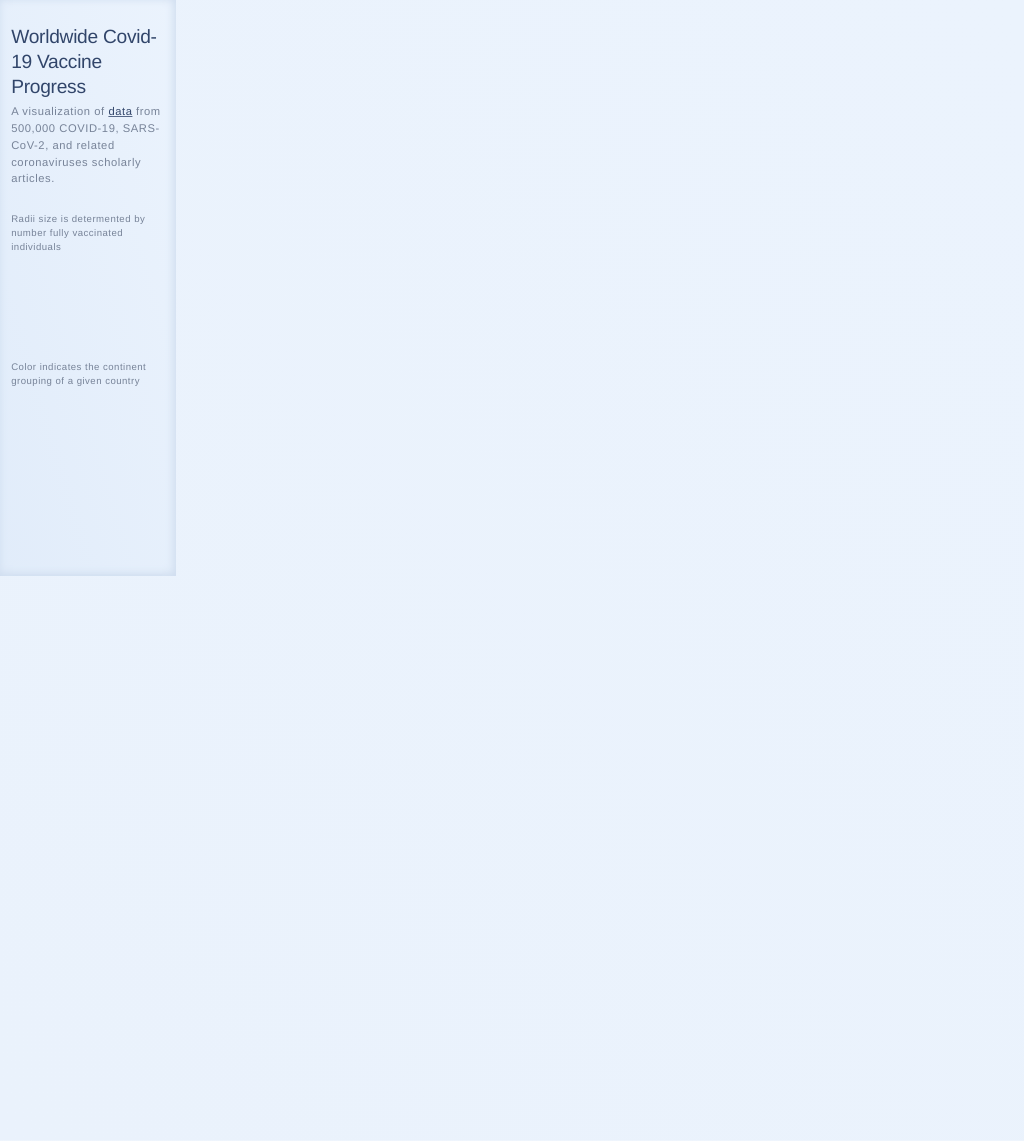
Repository: laurenharpole/May-Vaccine-Progress-Vis
Page: index.html
The author's editor kept a copy of each file at every save. The page is drawn from the files as they stood at one save, then again after the next save.
The browser window is 1280 px wide. The pictures show the whole page, at 80% of full size.
The page's requests for data from a server got no answer.

Above is the page before, as saved 2021-10-07 21:36:26.

### index.html
<!DOCTYPE html>
<html lang="en" dir="ltr">

  <head>

    <meta charset="utf-8">
    <script src="http://d3js.org/d3.v6.min.js" charset="utf-8"></script>
    <title>Project 1 Vaccine Visualization</title>
    <style>
      /* NOTE: CSS Styling Goes here */
       svg{

        margin: 0;
        margin-left: 100px;
      }

      /* body background coloration */
      body {
        background-image: linear-gradient(to left bottom, #ebf3fd, #eaf2fc);
        margin: 0;
      }
      /* side navigation background coloration */
      .col-dash {
        background-image: linear-gradient(to left bottom, #ebf3fd, #e1ecfa);
        /* backgruond-color: #ebf3fe; */
        box-shadow: inset -2px -2px 10px 1px  #cedcee;
        flex-direction: column;
        height: 100vh;
        width: 220px;
        position: fixed;
        margin-left: 0px;
        margin-top: 0px;
        overflow: scroll;
      }
      .circle {
        filter:
        drop-shadow( 1px 1px 2px rgb(0,0,0,0.3));
        border: 31px solid transparent;
      }
      /* side dash header text */
      h1.dash-head{
        font-size: 24px;
        margin-left: 14px;
        margin-right: 8px;
        color: rgb(49,69,106,1.0);
        transform: none;
        white-space: normal;
        text-transform: none;
        text-align: left;
        white-space: normal;
        font-family: "Product Sans",Helvetica,Arial,sans-serif;
        letter-spacing: -.015em;
        line-height: 1.3;
        font-weight: 500;
        margin-top: 30px;
        margin-bottom: 20px;
      }
      /* side dash description text */
      p.dash-desc-p-head{
        font-size: 14px;
        margin-left: 14px;
        margin-right: 8px;
        font-family: "Product Sans",Helvetica,Arial,sans-serif;
        font-weight: 300;
        line-height: 1.5;
        letter-spacing: 0.05em;
        color: #778398;
        margin-top: -15px;

      }
      /* side dash description text */
      p.dash-desc-p{
        font-size: 12px;
        margin-left: 14px;
        margin-right: 8px;
        font-family: "Product Sans",Helvetica,Arial,sans-serif;
        font-weight: 300;
        line-height: 1.5;
        letter-spacing: 0.05em;
        color: #778398;
        margin-top: 30px;
      }
      /* first legend */
      #legend {
        margin-left: -82px;
        margin-top: -10px;
        margin-bottom: -20px;
      }
      /* second legend */
      #legend2 {
        margin-left: -82px;
        margin-top: -6px;
      }
      text {
        text-transform: none;
        text-align: right;
        font-family: "Product Sans",Helvetica,Arial,sans-serif;
        letter-spacing: 0.2em;
        text-transform: uppercase;
        font-size: 10px;
        font-weight: 600;
        width: 180px;
      }

      .tool-dots {
        white-space: normal;
        text-transform: none;
        text-align: left;
        white-space: normal;
        font-family: "Product Sans",Helvetica,Arial,sans-serif;
        letter-spacing: 0.2em;
        text-transform: uppercase;
        font-size: 60px;
        line-height: 1.25;
        font-weight: 600;
        background-color: #ebf3fd;
        padding-right: -5px;
        box-shadow: 5px 5px 16px rgb(0,0,0,0.13),
        -3px -3px 16px rgb(0,0,0,0.13);
        border-radius: 5px;
        padding-left:5px;
      }

      .tool-country {
        white-space: normal;
        text-transform: none;
        text-align: left;
        white-space: normal;
        font-family: "Product Sans",Helvetica,Arial,sans-serif;
        letter-spacing: 0.2em;
        text-transform: uppercase;
        font-size: 10px;
        color: #778398;
        line-height: 1;
        padding-left:27px;
        font-weight: 600;
      }

      .tool-info {
        font-size: 12px;
        margin-left: 14px;
        margin-right: 8px;
        font-family: "Product Sans",Helvetica,Arial,sans-serif;
        font-weight: 300;
        line-height: 1.5;
        letter-spacing: 0.05em;
        color: #778398;
        margin-top: 30px;
        display: block;
        background: none;
        box-shadow: inset 3px 3px 3px hsl(210, 8%, 85%),
        inset -3px -3px 3px rgb(255,255,255,0.6);
        border-radius: 5px;
        opacity: 0.9;
      }

     a.link{
      color: rgb(49,69,106,1.0);
      font-weight: 500;;
     }


    </style>
    <script src="https://d3js.org/d3.v6.min.js"></script>
  </head>

  <body>
  <div class="col-dash">

    <h1 class="dash-head"> Worldwide Covid-19 Vaccine Progress</h1>
    <!-- <h1 class="dash-desc"> Description</h1>
    <p class="dash-desc-p"> Color per continent stuff Color per continent stuff Color per continent stuff</p> -->
    <p class="dash-desc-p-head">  A visualization of <a class="link" href="https://github.com/owid">data</a> from
    500,000 COVID-19, SARS-CoV-2, and related coronaviruses scholarly articles.</p>
    <p class="dash-desc-p"> Radii size is determented by number fully vaccinated individuals</p>
    <div id="legend"></div>
    <p class="dash-desc-p"> Color indicates the continent grouping of a given country</p>
    <div id="legend2"></div>
  </div>
<div id="body">
<text id="label" ></text>
</div>
    <!-- NOTE: Setup HTML -->
    <div class="tooltip">
            <img alt="" />
            <div>
                <a></a>
                <span></span>
            </div>
        </div>
    <script>
// ################ Setup ################
//make responsive
const height = 500;
const width = 500;
d3.select("#label").raise();
canvas = d3.select("#body").append("svg").attr("id", "bubbleid").attr("viewBox", `-50 20 ${width} ${height}`).append('g').attr('transform', 'translate(' + width / 2 + ',' + height / 2 + ')');
//sizeLeg = d3.select("#sizeleg").append("svg");
//.attr("viewBox", `-30 50 ${width} ${height}`).append('g').attr('transform', 'translate(' + width / 2 + ',' + height / 2 + ')');
sizeLeg = d3.select("#legend").append("svg").attr("width", 300).attr("height", 115).attr("id", "legendid");
colLeg = d3.select("#legend2").append("svg").attr("width", 300).attr("height", 250).attr("id", "legendid");
tool = d3.select("#label").append("svg").attr("width", 300).attr("height", 220).attr("id", "legendid");
// ############ Begin Promise ############
//Start of code
//https://raw.githubusercontent.com/owid/covid-19-data/master/public/data/vaccinations/vaccinations.csv
d3.csv("https://raw.githubusercontent.com/owid/covid-19-data/master/public/data/owid-covid-data.csv").then((dataraw) => {
  var maxRadius = height*0.06;
  var padding = 1.5;
  var clusterPadding = 5;
  var today = new Date();
  var dd = String(today.getDate()).padStart(2, '0')-1;
  var mm = String(today.getMonth() + 1).padStart(2, '0'); //January is 0!
  var yyyy = today.getFullYear();
  console.log(mm);
  today = String(yyyy + "-" + mm +  "-" + dd);



  var data = dataraw.filter(function(d)
  {
    //
    //2021-10
    // if(String(d["date"]) == today){

    //   console.log("yes")
   // console.log(String(d["date"]).includes(mm));
    // }
     if(String(d["date"]).includes(mm) && String(d["date"]).includes(dd)){
     // console.log(d["date"])
  //  console.log(today);
    //   console.log(d["date"]);
    // }
    if(d["location"] != ""|| d["location"] != d["continent"]){
    //d["location"] != "European Union"  || d["location"] != "Europe" || d["location"] != "North America" || d["location"] != "South America" || d["location"] != "Oceania" || d["location"] != "World"){

        return d;
      }
      if(d["continent"] != "" || d["continent"] != NULL){

        return d;
      }
      if(d["people_fully_vaccinated"] == ""){
      //  d["people_fully_vaccinated"] = "45";
        return d;
      }
      if(d["total_cases"] == ""){

        return d["total_cases"] += "N/A";
      }

    console.log(d["total_cases"]);
     }
  });
  //console.log(data);
  clusters = new Array(6);
  //a radius scale to balence the sizes of the bubbles
  let radScale = d3.scaleLinear().domain(d3.extent(data, function(d) { return +d.people_fully_vaccinated;} )).range([4, maxRadius]);
  let gradientScale = d3.scaleOrdinal().range([ "#ffcb8e","#ff87a6", "#00b31b", "#cf0270", "#ff884a", "#67a2fa"])
  //make all the nodes for this bubble chart
  let nodes = [...new Set(data.map((d) => {
    // scale radius to fit on the screen
  let scaledRadius  = radScale(+d.people_vaccinated),
        forcedCluster = d.continent;
    // add cluster id and radius to array
    d = {
      cluster     : forcedCluster, //group by continent
      r           : scaledRadius, //radius is made via scaledRadius
      name       : d.location,
      continent   : d.continent,
      vacc   : d.people_vaccinated,
      full_vacc   : d.people_fully_vaccinated,
      cases   : d.total_cases,
      color   : gradientScale
    };
    // add to clusters array if it doesn't exist or the radius is larger than another radius in the cluster
    if (!clusters[forcedCluster] || (scaledRadius > clusters[forcedCluster].r) ) clusters[forcedCluster] = d;
    console.log(d);
    return d;
  }))];
//console.log(nodes);
  let rad = {};
  rad[0] = d3.mean(nodes, function(d) { return (+d.r)} );
  rad[1] = d3.max(nodes, function(d) { return (+d.r)} )/2;
  rad[2] = d3.max(nodes, function(d) { return (+d.r)} );
  let vacc = {};
  vacc[0] = d3.min(nodes, function(d) { return (Number(+d.vacc))} );
  vacc[1] = d3.max(nodes, function(d) { return Number(+d.vacc)/2} );
  vacc[2] = d3.max(nodes, function(d) { return (Number(+d.vacc))} );
 let radScal = d3.scaleLinear().domain(rad).range([0, 10]);
  for(var i = 2; i >= 0; i--){
    sizeLeg.append('circle')
    .attr('cx', 55)
    .attr('cy', 113- 1*rad[i])
    .attr('r', Number(rad[i])*1)
    .attr('stroke', '#828fa6')
    .style("class", "circles")
    .attr("stroke-dasharray",'1.28px')
    .attr('fill', 'none');
    sizeLeg.append('text')
    .attr('x', 100)
    .attr('y', 118- 2.1*rad[i])
    .attr("fill", "rgb(66,92,140,1.0)")
    .text(d3.format(',')(Number(vacc[i])));
    sizeLeg.append('line')
    .attr('x1', 53)
    .attr('x2', 98)
    .attr('y1', 115- 2.05*rad[i])
    .attr('y2', 115- 2.05*rad[i])
    .attr('stroke', "#8997b0")
    .attr("stroke-width", "0.5px");
  }
  // console.log(rad);
        // Define the gradient
        var gradientb = canvas.append("svg:defs")
            .append("canvas:linearGradient")
            .attr("id", "gradientb")
            .attr("x1", "0%")
            .attr("y1", "0%")
            .attr("x2", "100%")
            .attr("y2", "100%")
            .attr("spreadMethod", "pad");
        // Define the gradient colors
        gradientb.append("canvas:stop")
            .attr("offset", "0%")
            .attr("stop-color", "#67a2fa")
            .attr("stop-opacity", 1);
        gradientb.append("canvas:stop")
            .attr("offset", "100%")
            .attr("stop-color", "#69c9fb")
            .attr("stop-opacity", 1);
        // Define the gradient
        var gradiento = canvas.append("canvas:defs")
            .append("canvas:linearGradient")
            .attr("id", "gradiento")
            .attr("x1", "0%")
            .attr("y1", "0%")
            .attr("x2", "100%")
            .attr("y2", "100%")
            .attr("spreadMethod", "pad");
        // Define the gradient colors
        gradiento.append("canvas:stop")
            .attr("offset", "0%")
            .attr("stop-color", "#ff884a")
            .attr("stop-opacity", 1);
        gradiento.append("canvas:stop")
            .attr("offset", "100%")
            .attr("stop-color", "#ffac56")
            .attr("stop-opacity", 1);
        // Define the gradient
        var gradientp = canvas.append("canvas:defs")
            .append("canvas:linearGradient")
            .attr("id", "gradientp")
            .attr("x1", "0%")
            .attr("y1", "0%")
            .attr("x2", "100%")
            .attr("y2", "100%")
            .attr("spreadMethod", "pad");
        // Define the gradient colors
        gradientp.append("canvas:stop")
            .attr("offset", "10%")
            .attr("stop-color", "#ff87a6")
            .attr("stop-opacity", 1);
        gradientp.append("canvas:stop")
            .attr("offset", "100%")
            .attr("stop-color", "#f284cb")
            .attr("stop-opacity", 1);
        // Define the gradient
        var gradientm = canvas.append("canvas:defs")
            .append("canvas:linearGradient")
            .attr("id", "gradientm")
            .attr("x1", "0%")
            .attr("y1", "0%")
            .attr("x2", "100%")
            .attr("y2", "100%")
            .attr("spreadMethod", "pad");
        // Define the gradient colors
        gradientm.append("canvas:stop")
            .attr("offset", "10%")
            .attr("stop-color", "#cf0270")
            .attr("stop-opacity", 1);
        gradientm.append("canvas:stop")
            .attr("offset", "100%")
            .attr("stop-color", "#ff4f99")
            .attr("stop-opacity", 1);
        var gradientc = canvas.append("canvas:defs")
            .append("canvas:linearGradient")
            .attr("id", "gradientc")
            .attr("x1", "0%")
            .attr("y1", "0%")
            .attr("x2", "100%")
            .attr("y2", "100%")
            .attr("spreadMethod", "pad");
        // Define the gradient colors
        gradientc.append("canvas:stop")
            .attr("offset", "10%")
            .attr("stop-color", "#ffcb8e")
            .attr("stop-opacity", 1);
        gradientc.append("canvas:stop")
            .attr("offset", "100%")
            .attr("stop-color", "#ffe79e")
            .attr("stop-opacity", 1);
        var gradientg = canvas.append("canvas:defs")
            .append("canvas:linearGradient")
            .attr("id", "gradientg")
            .attr("x1", "0%")
            .attr("y1", "0%")
            .attr("x2", "100%")
            .attr("y2", "100%")
            .attr("spreadMethod", "pad");
        // Define the gradient colors
        gradientg.append("canvas:stop")
            .attr("offset", "10%")
            .attr("stop-color", "#00b31b")
            .attr("stop-opacity", 1);
        gradientg.append("canvas:stop")
            .attr("offset", "100%")
            .attr("stop-color", "#27d539")
            .attr("stop-opacity", 1);
        var tool = d3.select("body")
            .append("div")
            .data(nodes)
            .style("position", "absolute")
            .attr('class', "tool")
            .style("z-index", "10")
            .style("visibility", "hidden")
  //color discerning
  var gradients =[ "#gradientm","#gradientb", "#gradiento", "#gradientg", "#gradientp", "#gradientc"];
  var continents = ["Asia", "Europe", "Africa", "North America", "South America", "Oceania"];
  var z = d3.scaleOrdinal().domain(continents).range(gradients);
        var tooltip = d3.select("body")
            .append("div")
            .data(nodes)
            .style("position", "absolute")
            .attr('class', "tool-dots")
            .style("z-index", "10")
            .style("visibility", "hidden");
        var tooltip1 = d3.select("body")
            .append("div")
            .data(nodes)
            .style("position", "absolute")
            .attr('class', "tool-country")
            .style("z-index", "10")
            .style("visibility", "hidden");
        var tooltip2 = d3.select("body")
            .append("div")
            .data(nodes)
            .style("position", "absolute")
            .attr('class', "tool-info")
            .style("z-index", "10")
            .style("visibility", "hidden");
        var tooltip3 = d3.select("body")
            .append("div")
            .data(nodes)
            .style("position", "absolute")
            .attr('class', "tool-info")
            .style("z-index", "10")
            .style("visibility", "hidden");
        var tooltip4 = d3.select("body")
            .append("div")
            .data(nodes)
            .style("position", "absolute")
            .attr('class', "tool-info")
            .style("z-index", "10")
            .style("visibility", "hidden");
  //make the bubbles
  for(var i = 5; i >= 0; i--){

    colLeg.append('circle')
    .attr('cx', 10)
    .datum(nodes)
    .attr('cy', 20*i+11)
    .attr('r', 5.5)
    .attr('fill', d => 'url(' +gradients[i]+')');
    colLeg.append('text')
    .attr('x', 30)
    .attr('y', 20*i+15)
    .attr("fill", "rgb(66,92,140,1.0)")
    .text(continents[i]);
  }
  popExtent = new Set (data.map(d => d.continent));
  labelExtent = d3.extent(nodes, d => d.cluster);
  var colors = [ "#cf0270","#67a2fa", "#ff884a", "#00b31b", "#ff87a6", "#ffcb8e"];
  //for coloring the bubbles

  let bubbles = canvas.append("g")
    .datum(nodes)
    .selectAll('.circle')
      //add styling, placement and force attributes
      .data(d => d)
      .enter().append('circle')
      .attr("class", "circle")
      .attr("r", d => d.r)
      .attr("label", d => d.cluster)
      .attr("name", d => d.name)
      .attr("vacc", d => d.vacc)
      .attr("cases", d => d.cases)
      .attr('fill', d => 'url(' + z(d.cluster)+')')
      .call(d3.drag()
            .on("start", dragstarted)
            .on("drag", dragged)
            .on("end", dragended))
      bubbles.on("mouseover", function () {
        var tools = d3.select(this).attr("label") + "\n" + "Name: " + d3.select(this).attr("name") + "\n" + "Fully Vacc: " + d3.select(this).attr("vacc")+ "Total Cases: " + d3.select(this).attr("cases");
        var tips = tools.split("\n");
        d3.select(this)
        .transition().duration(100)
        .attr("r", d => d.r+13)
        //get the color for the labelings
        var currColorIdx = continents.indexOf(d3.select(this).attr("label"));
        var currColor = colors[currColorIdx];
        tooltip.text('•').style("color", currColor)
        tooltip1.text(d3.select(this).attr("label"))
        tooltip2.text("Country: "+d3.select(this).attr("name"))
        tooltip3.text("Fully Vaccinated: "+d3.format(",.0f")(d3.select(this).attr("vacc")))
        tooltip4.text("Total Cases: "+(d3.select(this).attr("cases")))
        var mouseX = event.pageX;
        //name and container
        var width = 235;
        var height = 150;
        var rowheight = 20;
        //metrics
        tooltip.style("visibility", "visible");
        tooltip.style("top", (event.pageY-25)+"px").style("left",(mouseX+19)+"px").style("width", " "+width+ ""+ "px").style("height", ""+height+ ""+ "px").style("padding-top", "-4px");
        //metrics
        tooltip1.style("visibility", "visible");
        tooltip1.style("top", (event.pageY)+"px").style("left",(mouseX+19)+"px").style("width", " "+width+ ""+ "px").style("height", ""+height+ ""+ "px").style("padding-top", "4px");
        //metrics
        tooltip2.style("visibility", "visible");
        tooltip2.style("top", (event.pageY+20)+"px").style("left",(mouseX+20)+"px").style("width", " "+width-20+ "" + "px").style("height", ""+rowheight+ ""+ "px").style("margin", "7px").style("padding-left", "7px").style("padding-top", "4px").style("margin-bottom", "7px");
        //metrics
        tooltip3.style("visibility", "visible");
        tooltip3.style("top", (event.pageY+50)+"px").style("left",(mouseX+19)+"px").style("width", " "+width-20+ "" + "px").style("height", ""+rowheight+ ""+ "px").style("margin", "9px").style("padding-left", "7px").style("padding-top", "4px");
        //metrics
        tooltip4.style("visibility", "visible");
        tooltip4.style("top", (event.pageY+83)+"px").style("left",(mouseX+19)+"px").style("width", " "+width-20+ "" + "px").style("height", ""+rowheight+ ""+ "px").style("margin", "9px").style("padding-left", "7px").style("padding-top", "4px");
      })
      bubbles.on("mouseout", function() {
                //hide it now
                tooltip.style("visibility", "hidden");
                tooltip1.style("visibility", "hidden");
                tooltip2.style("visibility", "hidden");
                tooltip3.style("visibility", "hidden");
                tooltip4.style("visibility", "hidden");
                 d3.select(this)
                  .transition().duration(100)
                  .attr("r", d => d.r)
       });
  // create the clustering/collision force simulation
  let simulation = d3.forceSimulation(nodes)
      .velocityDecay(0.1)
      .force("x", d3.forceX().strength(.008))
      .force("center", d3.forceCenter().x(0).y(0)) // Attraction to the center of the svg area
      .force("collide", d3.forceCollide().strength(.1).radius(function(d){ return d.r + 2.65; }).iterations(1))
      .force("y", d3.forceY().strength(.004))
      .force("cluster", clustering)
      .on("tick", ticked);
  function ticked() {
      bubbles
          .attr('cx', (d) => d.x)
          .attr('cy', (d) => d.y);
  }
  function Open(){
    sizeLeg.style("visibility", "hidden");
    colLeg.style("visibility", "hidden");
    var tooltip1 = d3.select("body")
            .append("div")
            .data(nodes)
            .style("position", "absolute")
            .attr('class', "tool-country")
            .style("z-index", "10")
            .style("visibility", "hidden");
    //tooltip2.style("visibility", "hidden");
    //tooltip3.style("visibility", "hidden");
    //tooltip4.style("visibility", "hidden");
  }
  // Drag functions used for interactivity
  function dragstarted(d) {
    if (!d3.event.active) simulation.alphaTarget(0.3).restart();
    d.fx = d.x;
    d.fy = d.y;
  }
  function dragged(d) {
    d.fx = d3.event.x;
    d.fy = d3.event.y;
  }
  function dragended(d) {
    if (!d3.event.active) simulation.alphaTarget(0);
    d.fx = null;
    d.fy = null;
  }
  // These are implementations of the custom forces.
  function clustering(alpha) {
        nodes.forEach(function(d) {
          var cluster = clusters[d.cluster];
          if (cluster === d) return;
          var x = d.x - cluster.x,
              y = d.y - cluster.y,
              l = Math.sqrt(x * x + y * y),
              r = d.r + cluster.r;
          if (l !== r) {
            l = (l - r) / l * alpha;
            d.x -= x *= l;
            d.y -= y *= l;
            cluster.x += x;
            cluster.y += y;
          }
        });
    }
// Resolves collisions between d and all other circles.
function collide(alpha) {
  var quadtree = d3.geom.quadtree(nodes);
  return function(d) {
    var r = d.radius + maxRadius + Math.max(padding, clusterPadding),
        nx1 = d.x - r,
        nx2 = d.x + r,
        ny1 = d.y - r,
        ny2 = d.y + r;
    quadtree.visit(function(quad, x1, y1, x2, y2) {
      if (quad.point && (quad.point !== d)) {
        var x = d.x - quad.point.x,
            y = d.y - quad.point.y,
            l = Math.sqrt(x * x + y * y),
            r = d.radius + quad.point.radius + (d.cluster === quad.point.cluster ? padding : clusterPadding);
        if (l < r) {
          l = (l - r) / l * alpha;
          d.x -= x *= l;
          d.y -= y *= l;
          quad.point.x += x;
          quad.point.y += y;
        }
      }
      return x1 > nx2 || x2 < nx1 || y1 > ny2 || y2 < ny1;
    });
  };
}
});

// These are implementations of the custom forces.
 //d3.request("https://covid.ourworldindata.org/data/owid-covid-data.csv")
 //  .mimeType("text/csv")
 //  .get(callback);
  // .response(function(xhr) { return console.log(d3.csvParse(xhr.responseText, row)); })
 </script>
  </body>
</html>

After the next save:
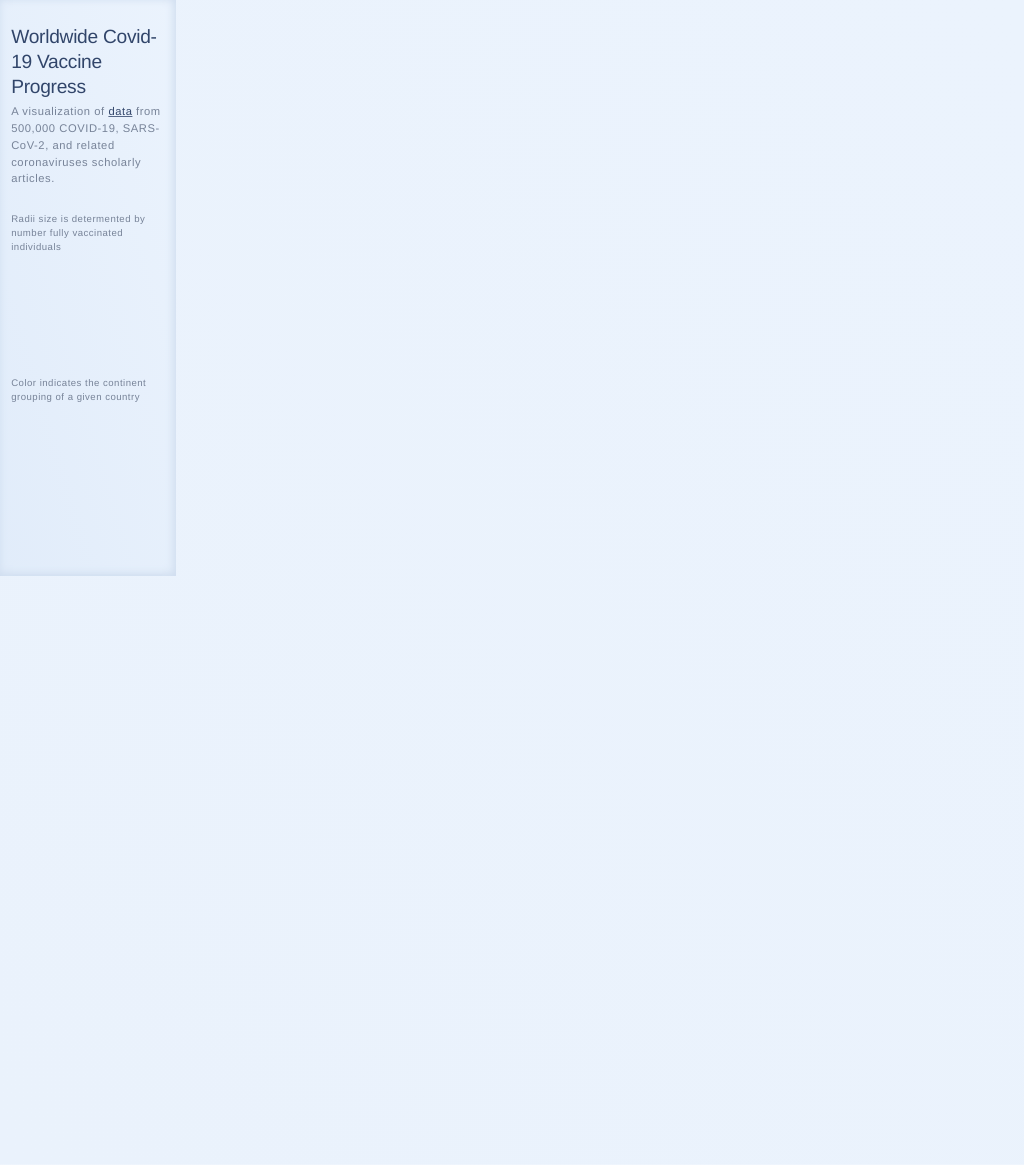
Saved 78 s later.
--- a/index.html
+++ b/index.html
@@ -10,7 +10,7 @@
       /* NOTE: CSS Styling Goes here */
        svg{
 
-        margin: 0;
+        margin: 10px;
         margin-left: 100px;
       }
 
